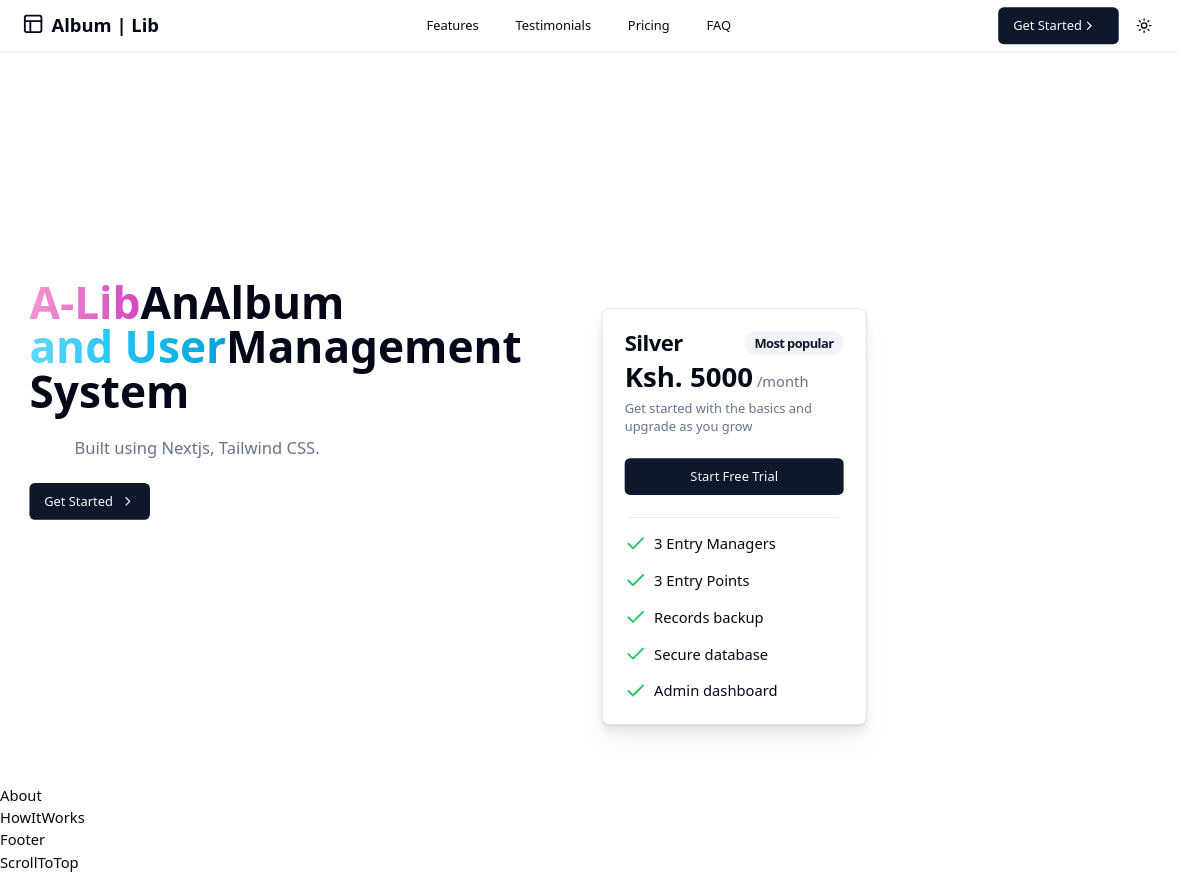
Repository: DevLaukey/savannah-informatics-test
Page: /
These files come from the project's save history. The page is drawn as it stood at one moment and after the next save; the edit follows.
The browser window is 1280 px wide. The page is 1304 px wide, then 1280 px, then 1304 px, so the pictures cover 1304 px, including what lies to the right of the window. The pictures show the whole page, at 92% of full size.
The project was rebuilt for these pictures with package versions that can differ from the ones it lists, and the page was loaded fresh each time. The framework's server and built-in components were replaced by stand-ins that run in the browser. Also part of the build but not shown: next.config.mjs, components/ui/avatar.jsx, components/landing-page/LightBulbIcon.jsx.

Above is the page before, as saved 2024-06-04 22:00:49.

### app/layout.jsx
import "./globals.css";
import { Inter as FontSans } from "next/font/google";

import { cn } from "@/lib/utils";
import { ThemeProvider } from "@/lib/theme-provider";

const fontSans = FontSans({
  subsets: ["latin"],
  variable: "--font-sans",
});

export default function RootLayout({ children }) {
  return (
    <html lang="en" suppressHydrationWarning>
      <head />
      <body
        className={cn(
          "min-h-screen bg-background font-sans antialiased",
          fontSans.variable
        )}
      >
        <ThemeProvider
          attribute="class"
          defaultTheme="system"
          enableSystem
          disableTransitionOnChange
        >
          {children}
        </ThemeProvider>
      </body>
    </html>
  );
}

### app/page.jsx
import Footer from "@/components/Footer";
import About from "@/components/landing-page/About";
import Hero from "@/components/landing-page/Hero";
import HowItWorks from "@/components/landing-page/HowItWorks";
import Navbar from "@/components/Navbar";
import ScrollToTop from "@/components/ScrollToTop";


// this is the landing page
export default function Home() {
  return (
    <>
      <Navbar />
      <Hero />
      <About />
      <HowItWorks />
      <Footer />
      <ScrollToTop />
    </>
  );
}

### components/landing-page/Hero.jsx
import { ChevronRight } from "lucide-react";
import { HeroCards } from "./HeroCards";
import { Button, buttonVariants } from "@/components/ui/button";

const Hero = () => {
  return (
    <section className="w-full container grid grid-cols-1 md:grid-cols-2 place-items-center py-20 md:py-32 gap-10">
      <div className="text-center md:text-left space-y-6">
        <main className="text-3xl md:text-5xl font-bold">
          <h1 className="inline-block">
            <span className="inline bg-gradient-to-r from-[#F596D3] to-[#D247BF] text-transparent bg-clip-text">
              A-Lib
            </span>
            An
          </h1>
          Album
          <h2 className="inline-block">
            <span className="inline bg-gradient-to-r from-[#61DAFB] via-[#1fc0f1] to-[#03a3d7] text-transparent bg-clip-text">
              and User
            </span>
            Management System
          </h2>
        </main>

        <p className="text-lg text-muted-foreground md:w-10/12 mx-auto">
          Built using Nextjs, Tailwind CSS.
        </p>

        <Button
          type="button"
          className={
            "flex justify-center items-center" + buttonVariants({ variant: "primary" })
          }
        >
          Get Started
          <ChevronRight className="ml-2 h-4 w-4" />
        </Button>
      </div>

      {/* Hero cards sections */}
      <div className="z-10">
        <HeroCards />
      </div>

      {/* Shadow effect */}
      <div className="shadow"></div>
    </section>
  );
};

export default Hero;

### components/landing-page/HowItWorks.jsx
import React from 'react'

function HowItWorks() {
  return (
    <div>HowItWorks</div>
  )
}

export default HowItWorks

### components/Navbar.jsx
"use client";
import React, { useState } from "react";
import {
  NavigationMenu,
  NavigationMenuItem,
  NavigationMenuList,
} from "@/components/ui/navigation-menu";
import {
  Sheet,
  SheetContent,
  SheetHeader,
  SheetTitle,
  SheetTrigger,
} from "@/components/ui/sheet";
import { Button, buttonVariants } from "./ui/button";
import { ChevronRight, Menu } from "lucide-react";
import ModeToggle from "./mode-toggle";
import { LogoIcon } from "./Icons";

const routeList = [
  {
    href: "#features",
    label: "Features",
  },
  {
    href: "#testimonials",
    label: "Testimonials",
  },
  {
    href: "#pricing",
    label: "Pricing",
  },
  {
    href: "#faq",
    label: "FAQ",
  },
];

const Navbar = () => {
  const [isOpen, setIsOpen] = useState(false);
  return (
    <header className="sticky border-b-[1px] top-0 z-40 w-full bg-white dark:border-b-slate-700 dark:bg-background">
      <NavigationMenu className="mx-auto">
        <NavigationMenuList className="container h-14 px-4 w-screen flex justify-between">
          <NavigationMenuItem className="font-bold flex">
            <a
              rel="noreferrer noopener"
              href="/"
              className="ml-2 font-bold text-xl flex"
            >
              <LogoIcon />
              Album | Lib
            </a>
          </NavigationMenuItem>

          {/* mobile */}
          <span className="flex md:hidden">
            <ModeToggle />

            <Sheet open={isOpen} onOpenChange={setIsOpen}>
              <SheetTrigger className="px-2">
                <Menu
                  className="flex md:hidden h-5 w-5"
                  onClick={() => setIsOpen(true)}
                >
                  <span className="sr-only">Menu Icon</span>
                </Menu>
              </SheetTrigger>

              <SheetContent side={"left"}>
                <SheetHeader>
                  <SheetTitle className="font-bold text-xl">
                    Shadcn/React
                  </SheetTitle>
                </SheetHeader>
                <nav className="flex flex-col justify-center items-center gap-2 mt-4">
                  {routeList.map(({ href, label }) => (
                    <a
                      rel="noreferrer noopener"
                      key={label}
                      href={href}
                      onClick={() => setIsOpen(false)}
                      className={buttonVariants({ variant: "ghost" })}
                    >
                      {label}
                    </a>
                  ))}
                  <Button>
                    Get Started
                    <ChevronRight className="mr-2 h-4 w-4" />
                  </Button>
                </nav>
              </SheetContent>
            </Sheet>
          </span>

          {/* desktop */}
          <nav className="hidden md:flex gap-2">
            {routeList.map((route, i) => (
              <a
                rel="noreferrer noopener"
                href={route.href}
                key={i}
                className={`text-[17px] ${buttonVariants({
                  variant: "ghost",
                })}`}
              >
                {route.label}
              </a>
            ))}
          </nav>

          <div className="hidden md:flex gap-2">
            <Button>
              Get Started
              <ChevronRight className="mr-2 h-4 w-4" />
            </Button>
            <ModeToggle />
          </div>
        </NavigationMenuList>
      </NavigationMenu>
    </header>
  );
};
export default Navbar;

### components/ScrollToTop.jsx
import React from 'react'

function ScrollToTop() {
  return (
    <div>ScrollToTop</div>
  )
}

export default ScrollToTop

### components/ui/button.jsx
import * as React from "react"
import { Slot } from "@radix-ui/react-slot"
import { cva } from "class-variance-authority";

import { cn } from "@/lib/utils"

const buttonVariants = cva(
  "inline-flex items-center justify-center whitespace-nowrap rounded-md text-sm font-medium ring-offset-background transition-colors focus-visible:outline-none focus-visible:ring-2 focus-visible:ring-ring focus-visible:ring-offset-2 disabled:pointer-events-none disabled:opacity-50",
  {
    variants: {
      variant: {
        default: "bg-primary text-primary-foreground hover:bg-primary/90",
        destructive:
          "bg-destructive text-destructive-foreground hover:bg-destructive/90",
        outline:
          "border border-input bg-background hover:bg-accent hover:text-accent-foreground",
        secondary:
          "bg-secondary text-secondary-foreground hover:bg-secondary/80",
        ghost: "hover:bg-accent hover:text-accent-foreground",
        link: "text-primary underline-offset-4 hover:underline",
      },
      size: {
        default: "h-10 px-4 py-2",
        sm: "h-9 rounded-md px-3",
        lg: "h-11 rounded-md px-8",
        icon: "h-10 w-10",
      },
    },
    defaultVariants: {
      variant: "default",
      size: "default",
    },
  }
)

const Button = React.forwardRef(({ className, variant, size, asChild = false, ...props }, ref) => {
  const Comp = asChild ? Slot : "button"
  return (
    (<Comp
      className={cn(buttonVariants({ variant, size, className }))}
      ref={ref}
      {...props} />)
  );
})
Button.displayName = "Button"

export { Button, buttonVariants }

### components/ui/sheet.jsx
"use client";
import * as React from "react"
import * as SheetPrimitive from "@radix-ui/react-dialog"
import { cva } from "class-variance-authority";
import { X } from "lucide-react"

import { cn } from "@/lib/utils"

const Sheet = SheetPrimitive.Root

const SheetTrigger = SheetPrimitive.Trigger

const SheetClose = SheetPrimitive.Close

const SheetPortal = SheetPrimitive.Portal

const SheetOverlay = React.forwardRef(({ className, ...props }, ref) => (
  <SheetPrimitive.Overlay
    className={cn(
      "fixed inset-0 z-50 bg-black/80  data-[state=open]:animate-in data-[state=closed]:animate-out data-[state=closed]:fade-out-0 data-[state=open]:fade-in-0",
      className
    )}
    {...props}
    ref={ref} />
))
SheetOverlay.displayName = SheetPrimitive.Overlay.displayName

const sheetVariants = cva(
  "fixed z-50 gap-4 bg-background p-6 shadow-lg transition ease-in-out data-[state=open]:animate-in data-[state=closed]:animate-out data-[state=closed]:duration-300 data-[state=open]:duration-500",
  {
    variants: {
      side: {
        top: "inset-x-0 top-0 border-b data-[state=closed]:slide-out-to-top data-[state=open]:slide-in-from-top",
        bottom:
          "inset-x-0 bottom-0 border-t data-[state=closed]:slide-out-to-bottom data-[state=open]:slide-in-from-bottom",
        left: "inset-y-0 left-0 h-full w-3/4 border-r data-[state=closed]:slide-out-to-left data-[state=open]:slide-in-from-left sm:max-w-sm",
        right:
          "inset-y-0 right-0 h-full w-3/4  border-l data-[state=closed]:slide-out-to-right data-[state=open]:slide-in-from-right sm:max-w-sm",
      },
    },
    defaultVariants: {
      side: "right",
    },
  }
)

const SheetContent = React.forwardRef(({ side = "right", className, children, ...props }, ref) => (
  <SheetPortal>
    <SheetOverlay />
    <SheetPrimitive.Content ref={ref} className={cn(sheetVariants({ side }), className)} {...props}>
      {children}
      <SheetPrimitive.Close
        className="absolute right-4 top-4 rounded-sm opacity-70 ring-offset-background transition-opacity hover:opacity-100 focus:outline-none focus:ring-2 focus:ring-ring focus:ring-offset-2 disabled:pointer-events-none data-[state=open]:bg-secondary">
        <X className="h-4 w-4" />
        <span className="sr-only">Close</span>
      </SheetPrimitive.Close>
    </SheetPrimitive.Content>
  </SheetPortal>
))
SheetContent.displayName = SheetPrimitive.Content.displayName

const SheetHeader = ({
  className,
  ...props
}) => (
  <div
    className={cn("flex flex-col space-y-2 text-center sm:text-left", className)}
    {...props} />
)
SheetHeader.displayName = "SheetHeader"

const SheetFooter = ({
  className,
  ...props
}) => (
  <div
    className={cn("flex flex-col-reverse sm:flex-row sm:justify-end sm:space-x-2", className)}
    {...props} />
)
SheetFooter.displayName = "SheetFooter"

const SheetTitle = React.forwardRef(({ className, ...props }, ref) => (
  <SheetPrimitive.Title
    ref={ref}
    className={cn("text-lg font-semibold text-foreground", className)}
    {...props} />
))
SheetTitle.displayName = SheetPrimitive.Title.displayName

const SheetDescription = React.forwardRef(({ className, ...props }, ref) => (
  <SheetPrimitive.Description
    ref={ref}
    className={cn("text-sm text-muted-foreground", className)}
    {...props} />
))
SheetDescription.displayName = SheetPrimitive.Description.displayName

export {
  Sheet,
  SheetPortal,
  SheetOverlay,
  SheetTrigger,
  SheetClose,
  SheetContent,
  SheetHeader,
  SheetFooter,
  SheetTitle,
  SheetDescription,
}

### components/mode-toggle.jsx
import React from "react";
import { Button } from "@/components/ui/button";
import {
  DropdownMenu,
  DropdownMenuContent,
  DropdownMenuItem,
  DropdownMenuTrigger,
} from "@/components/ui/dropdown-menu";
import { useTheme } from "@/lib/theme-provider";
import { Moon, Sun } from "lucide-react";

export default function ModeToggle() {
  const { setTheme } = useTheme();

  return (
    <DropdownMenu>
      <DropdownMenuTrigger asChild>
        <Button variant="ghost" size="icon" className="ghost">
          <Sun className="h-[1.1rem] w-[1.2rem] rotate-0 scale-100 transition-all dark:-rotate-90 dark:scale-0" />
          <Moon className="absolute h-[1.1rem] w-[1.2rem] rotate-90 scale-0 transition-all dark:rotate-0 dark:scale-100" />
          <span className="sr-only">Toggle theme</span>
        </Button>
      </DropdownMenuTrigger>
      <DropdownMenuContent align="end">
        <DropdownMenuItem onClick={() => setTheme("light")}>
          Light
        </DropdownMenuItem>
        <DropdownMenuItem onClick={() => setTheme("dark")}>
          Dark
        </DropdownMenuItem>
        <DropdownMenuItem onClick={() => setTheme("system")}>
          System
        </DropdownMenuItem>
      </DropdownMenuContent>
    </DropdownMenu>
  );
}

### components/Icons.jsx
export const LogoIcon = () => {
  return (
    <svg
      xmlns="http://www.w3.org/2000/svg"
      viewBox="0 0 24 24"
      fill="none"
      stroke="currentColor"
      strokeWidth="2"
      strokeLinecap="round"
      strokeLinejoin="round"
      className="lucide lucide-panels-top-left mr-2 w-6 h-6"
    >
      <rect width="18" height="18" x="3" y="3" rx="2" />
      <path d="M3 9h18" />
      <path d="M9 21V9" />
    </svg>
  );
};

### components/ui/badge.jsx
import * as React from "react"
import { cva } from "class-variance-authority";

import { cn } from "@/lib/utils"

const badgeVariants = cva(
  "inline-flex items-center rounded-full border px-2.5 py-0.5 text-xs font-semibold transition-colors focus:outline-none focus:ring-2 focus:ring-ring focus:ring-offset-2",
  {
    variants: {
      variant: {
        default:
          "border-transparent bg-primary text-primary-foreground hover:bg-primary/80",
        secondary:
          "border-transparent bg-secondary text-secondary-foreground hover:bg-secondary/80",
        destructive:
          "border-transparent bg-destructive text-destructive-foreground hover:bg-destructive/80",
        outline: "text-foreground",
      },
    },
    defaultVariants: {
      variant: "default",
    },
  }
)

function Badge({
  className,
  variant,
  ...props
}) {
  return (<div className={cn(badgeVariants({ variant }), className)} {...props} />);
}

export { Badge, badgeVariants }

### components/ui/card.jsx
import * as React from "react"

import { cn } from "@/lib/utils"

const Card = React.forwardRef(({ className, ...props }, ref) => (
  <div
    ref={ref}
    className={cn("rounded-lg border bg-card text-card-foreground shadow-sm", className)}
    {...props} />
))
Card.displayName = "Card"

const CardHeader = React.forwardRef(({ className, ...props }, ref) => (
  <div
    ref={ref}
    className={cn("flex flex-col space-y-1.5 p-6", className)}
    {...props} />
))
CardHeader.displayName = "CardHeader"

const CardTitle = React.forwardRef(({ className, ...props }, ref) => (
  <h3
    ref={ref}
    className={cn("text-2xl font-semibold leading-none tracking-tight", className)}
    {...props} />
))
CardTitle.displayName = "CardTitle"

const CardDescription = React.forwardRef(({ className, ...props }, ref) => (
  <p
    ref={ref}
    className={cn("text-sm text-muted-foreground", className)}
    {...props} />
))
CardDescription.displayName = "CardDescription"

const CardContent = React.forwardRef(({ className, ...props }, ref) => (
  <div ref={ref} className={cn("p-6 pt-0", className)} {...props} />
))
CardContent.displayName = "CardContent"

const CardFooter = React.forwardRef(({ className, ...props }, ref) => (
  <div
    ref={ref}
    className={cn("flex items-center p-6 pt-0", className)}
    {...props} />
))
CardFooter.displayName = "CardFooter"

export { Card, CardHeader, CardFooter, CardTitle, CardDescription, CardContent }

Loaded but not shown: app/globals.css (common file); lib/utils.js (common file); components/Footer.jsx (common file); components/landing-page/About.jsx (common file); tailwind.config.js (82 lines, source omitted); lib/theme-provider.js (60 lines, source omitted); components/ui/dropdown-menu.jsx (157 lines, source omitted); components/landing-page/HeroCards.jsx (164 lines, source omitted); components/ui/navigation-menu.jsx (104 lines, source omitted); app/api/albums/route.js (no copy from this time; the picture is the same without it)

After the next save:
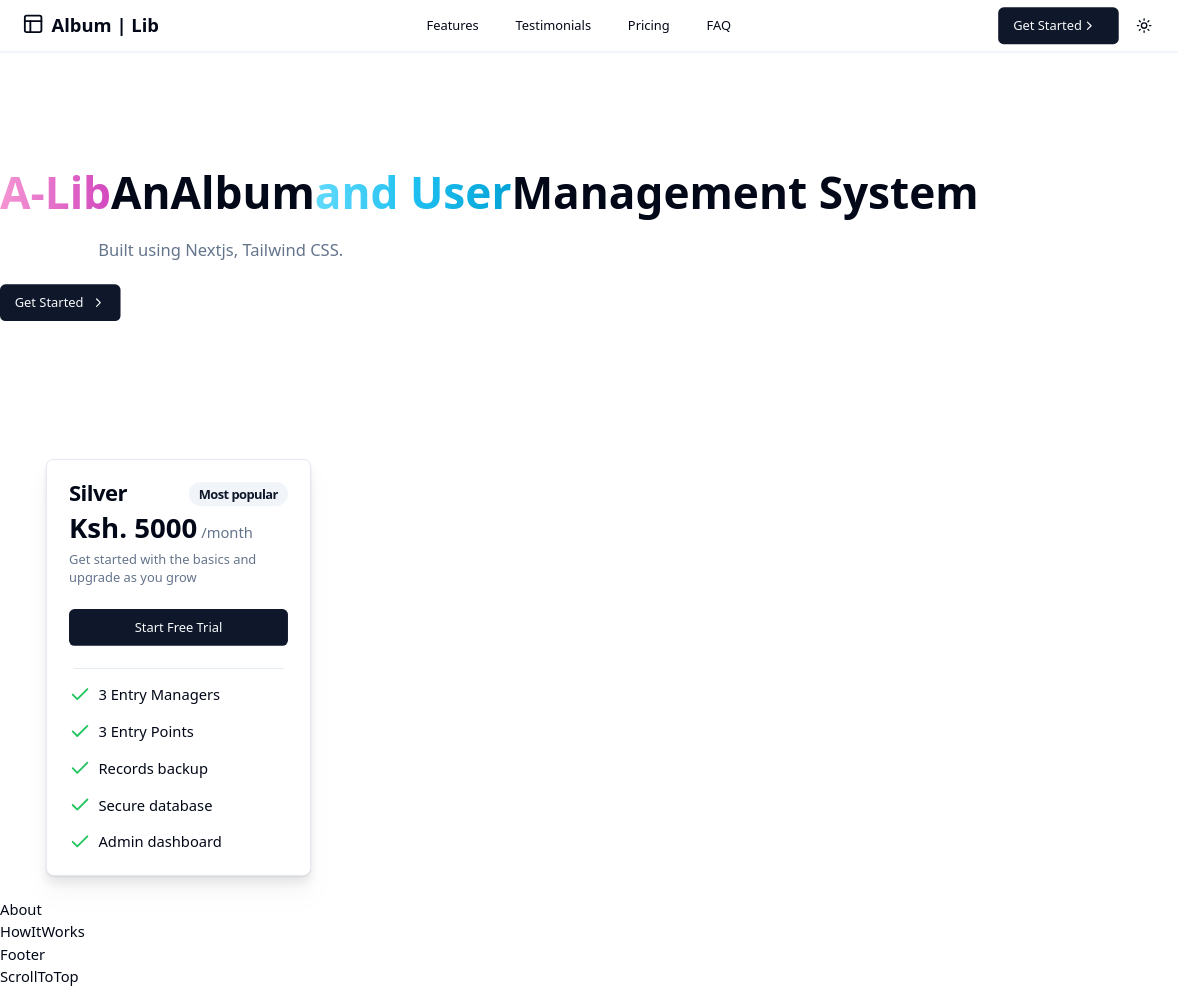
Saved 55 s later.
--- a/components/landing-page/Hero.jsx
+++ b/components/landing-page/Hero.jsx
@@ -4,7 +4,7 @@ import { Button, buttonVariants } from "@/components/ui/button";
 
 const Hero = () => {
   return (
-    <section className="w-full container grid grid-cols-1 md:grid-cols-2 place-items-center py-20 md:py-32 gap-10">
+    <section className="w-full containerplace-items-center py-20 md:py-32 gap-10">
       <div className="text-center md:text-left space-y-6">
         <main className="text-3xl md:text-5xl font-bold">
           <h1 className="inline-block">

After the save that followed:
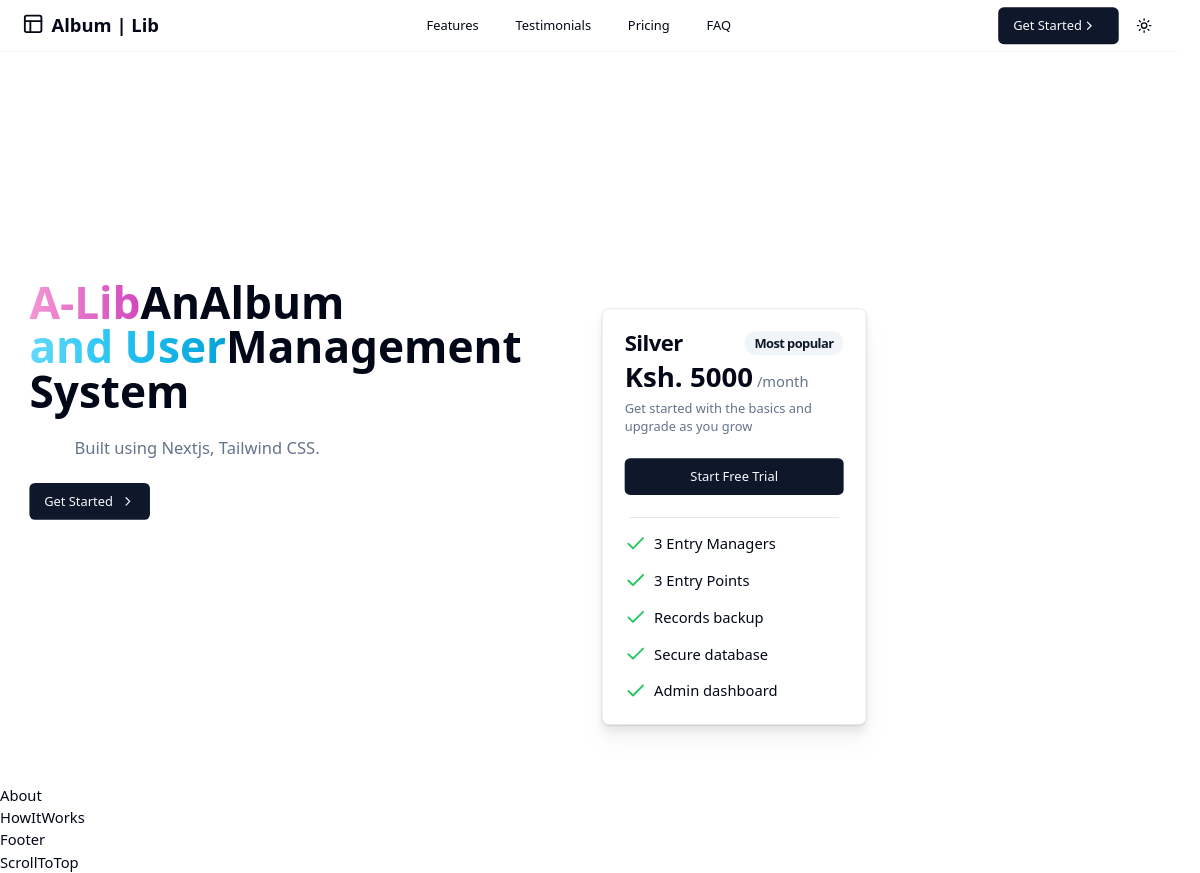
Saved 8 s later.
--- a/components/landing-page/Hero.jsx
+++ b/components/landing-page/Hero.jsx
@@ -4,7 +4,7 @@ import { Button, buttonVariants } from "@/components/ui/button";
 
 const Hero = () => {
   return (
-    <section className="w-full containerplace-items-center py-20 md:py-32 gap-10">
+    <section className="w-full container grid grid-cols-1 md:grid-cols-2 place-items-center py-20 md:py-32 gap-10">
       <div className="text-center md:text-left space-y-6">
         <main className="text-3xl md:text-5xl font-bold">
           <h1 className="inline-block">
